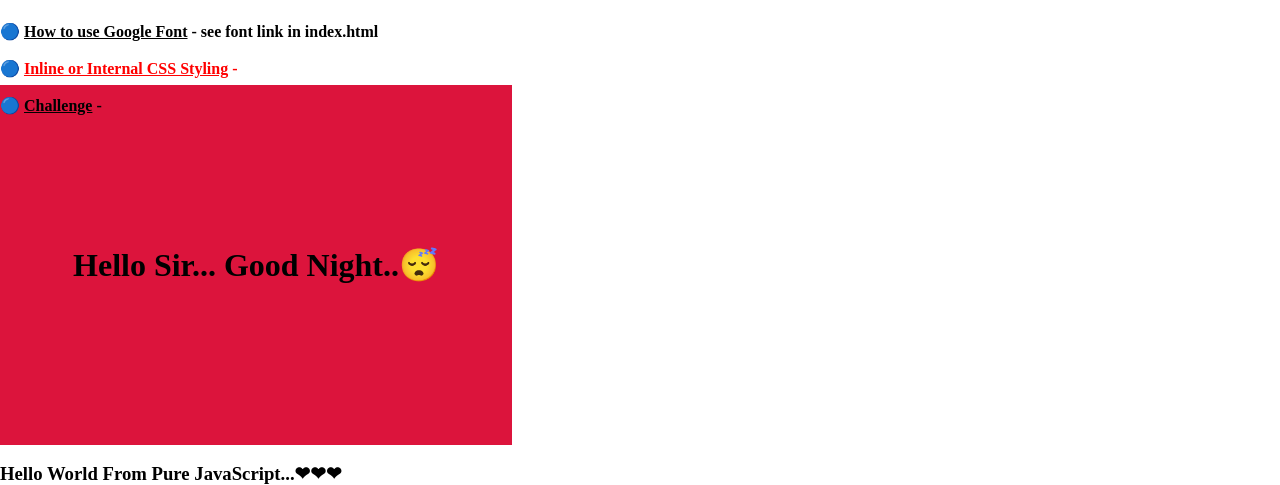
Repository: AalokJadhav/Being_ReactJS
Page: /
These files come from the project's save history. The page is drawn as it stood at one moment and after the next save; the edit follows.
The browser window is 1280 px wide. The pictures show the part of the page from y = 620 to 1123 px (the page is 1105 px tall before and 1123 px after).
The project was rebuilt for these pictures with package versions that can differ from the ones it lists, and the page was loaded fresh each time.

Above is the page before, as saved 2021-10-15 00:26:55.

After the next save:
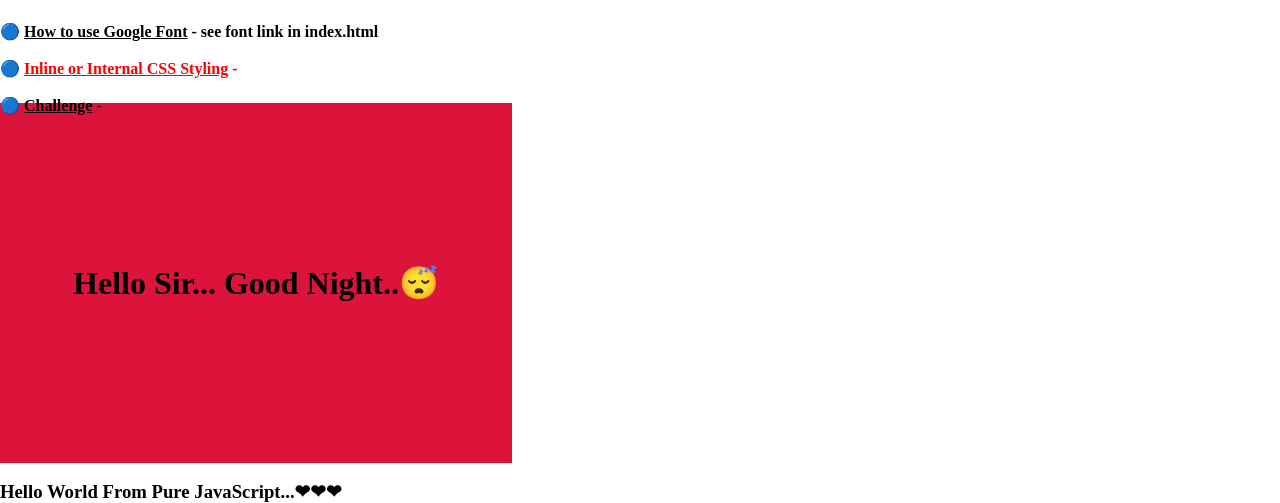
Saved 28 s later.
--- a/src/index.js
+++ b/src/index.js
@@ -62,7 +62,7 @@
     </div>
     <br />
 
-    <h4>🔵 <u>Challenge</u> -</h4>
+    <h4>🔵 <u>Challenge</u> -</h4><br />
     <div className="challenge1">
       <h1>Hello Sir...<span style={cssStyle}> {greeting}</span></h1>
     </div>

After the save that followed:
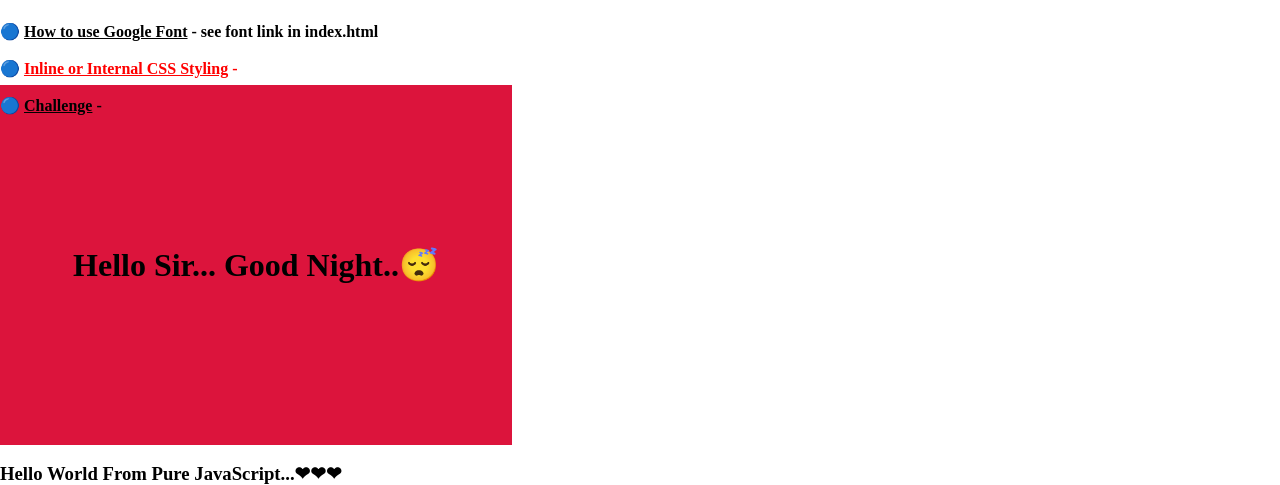
Saved 14 s later.
--- a/src/index.js
+++ b/src/index.js
@@ -62,7 +62,7 @@
     </div>
     <br />
 
-    <h4>🔵 <u>Challenge</u> -</h4><br />
+    <h4>🔵 <u>Challenge</u> -</h4>
     <div className="challenge1">
       <h1>Hello Sir...<span style={cssStyle}> {greeting}</span></h1>
     </div>
